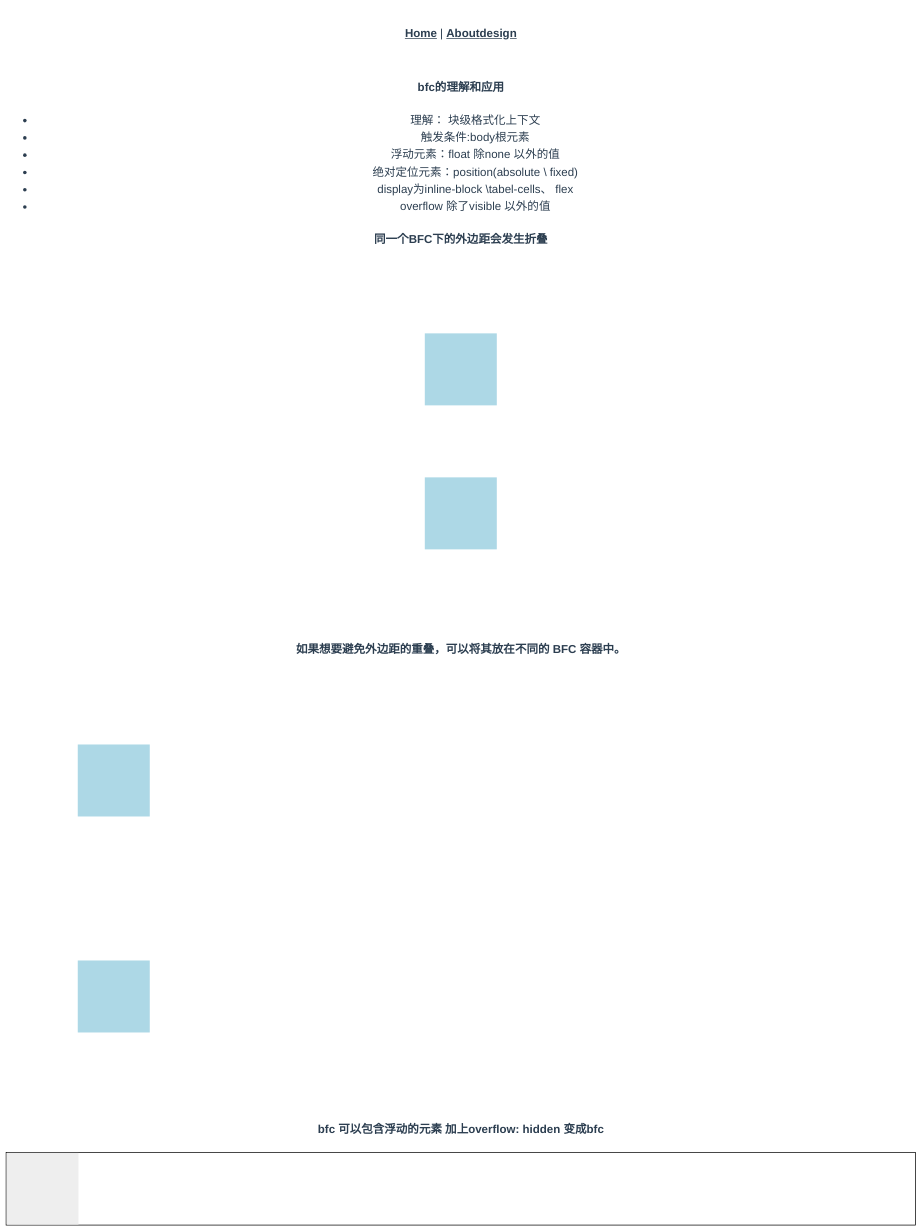
Repository: 1025215705/design
Page: /layout/3 (app in vue-ts/)
These files come from the project's save history. The page is drawn as it stood at one moment and after the next save; the edit follows.
The browser window is 1280 px wide. The pictures show the whole page, at 72% of full size.
The project was rebuilt for these pictures with package versions that can differ from the ones it lists, and the page was loaded fresh each time. Also part of the build but not shown: vue-ts/src/components/HelloWorld.vue, vue-ts/src/views/Home.vue, vue-ts/src/practice/design/adaptee.ts, vue-ts/src/practice/design/decorator.ts, vue-ts/src/practice/design/observer.ts, vue-ts/src/practice/design/proxy.ts, vue-ts/src/practice/design/singletonLogin.ts, vue-ts/src/practice/design/userFactory.ts and 5 more.

Above is the page before, as saved 2020-12-11 15:15:16.

After the next save:
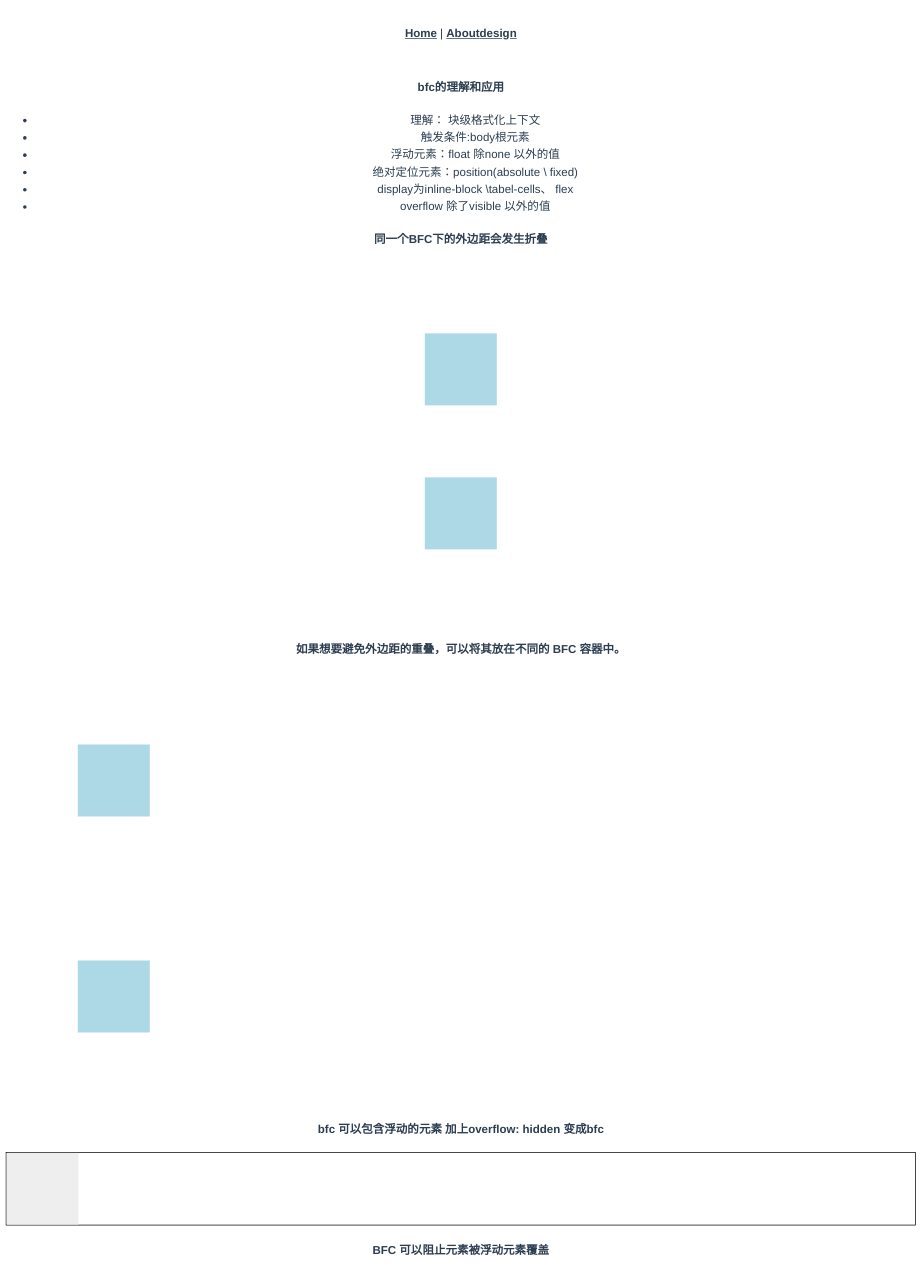
Saved 83 s later.
--- a/vue-ts/src/practice/layout/bfc.vue
+++ b/vue-ts/src/practice/layout/bfc.vue
@@ -27,6 +27,7 @@
 				style="width: 100px;height: 100px;background: #eee;float: left;"
 			></div>
 		</div>
+        <h4>BFC 可以阻止元素被浮动元素覆盖</h4>
 	</div>
 </template>
 <script>
